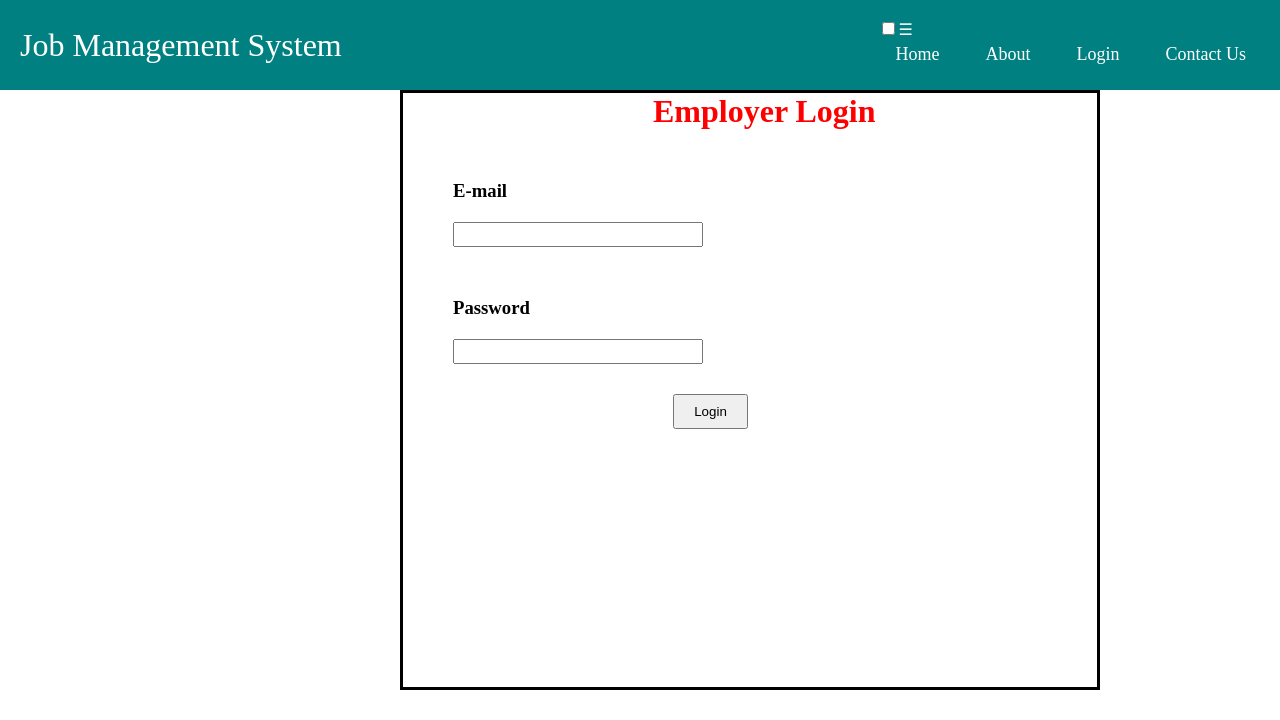
Repository: PrinceKumawat1109/JFSD
Page: http://localhost/Job-management/employerlogin.jsp
The author's editor kept a copy of each file at every save. The page is drawn from the files as they stood at one save, then again after the next save.
The browser window is 1280 px wide. The pictures show the whole page.
The page is served by Tomcat 9. Other server files are loaded and not shown.

Above is the page before, as saved 2022-10-29 21:57:44.

### Job-management/src/main/webapp/employerlogin.jsp
<%@ page language="java" contentType="text/html; charset=UTF-8"
    pageEncoding="UTF-8"%>
<!DOCTYPE html>
<html>
<head>
<meta charset="UTF-8">
<title>Employer Login</title>
<style>
h2{
text-align : center;
font-size : 35px;
}
.first
{
margin-left: 650px;
margin-top: 50px;
}
button
{
margin-left:100px;
margin-top:20px;
}
.card{
height: 600px;
width: 700px;
border-style: solid;
margin-left: 400px;
}
.i{
margin-top: 10px;
margin-left: 170px;
}
</style>
</head>
<jsp:include page="navbar2.jsp" />
<body>
<div class="card">
	<h1 style=" color: red; margin-left: 250px;">Employer Login</h1>
<h3 style="margin-left: 50px; margin-top: 50px;">E-mail</h3>
	<input style="margin-left: 50px; margin-top: 20px; height: 25px; width: 250px;" type="text" id="t1"/>
	<h3 style="margin-left: 50px; margin-top: 50px;">Password</h3>
	<input style="margin-left: 50px; margin-top: 20px; height: 25px; width: 250px;" type="password" id="t2"/>
	<div class="i">
	<button style="height: 35px; width: 75px;"  onclick="login()">Login</button>
	<label id="lbl"></label>
	</div>
</div>
<!-- <h2> Employer Login</h2>
<div class=" first">
	<p>E-mail : <input type="text" id="t1"/></p>
	<br/>
	<p>Password : <input type="password" id="t2"/></p>
	<button onclick="login()">Login</button>
	<label id="lbl"></label>
</div> -->
</body>
<script type="text/javascript">
function login()
{
	var xhtml = new XMLHttpRequest();
	var t1 = document.getElementById("t1");
	var t2 = document.getElementById("t2");
	var url = "http://localhost:8080/api/eregister/login/"+t1.value+"/"+t2.value;
	xhtml.open("POST", url, true);
	xhtml.setRequestHeader('Content-Type','application/json');


	var lbl = document.getElementById("lbl");

	xhtml.send();

	xhtml.onreadystatechange = function()
	{
		if(this.readyState == 4 && this.status == 200)
			lbl.innerText = this.responseText;
			window.location="http://localhost:8080/findajob.jsp";
	};
}
</script>
</html>

### Job-management/src/main/webapp/navbar2.jsp
<!DOCTYPE html>
<html lang="en">
 <head>
   <meta charset="UTF-8" />
   <meta http-equiv="X-UA-Compatible" content="IE=edge" />
   <meta name="viewport" content="width=device-width, initial-scale=1.0" />
   <style>

    /* UTILITIES */
* {
 margin: 0;
 padding: 0;
 box-sizing: border-box;
}
body {
 font-family: cursive;
}
a {
 text-decoration: none;
}
li {
 list-style: none;
}

/* NAVBAR STYLING STARTS */
.navbar {
 display: flex;
 align-items: center;
 justify-content: space-between;
 padding: 20px;
 background-color: teal;
 color: #fff;
}
.nav-links a {
 color: #fff;
}
/* LOGO */
.logo {
 font-size: 32px;
}
/* NAVBAR MENU */
.menu {
 display: flex;
 gap: 1em;
 font-size: 18px;
}
.menu li:hover {
 background-color: #4c9e9e;
 border-radius: 5px;
 transition: 0.3s ease;
}
.menu li {
 padding: 5px 14px;
}
/* DROPDOWN MENU */
.services {
 position: relative;
}
.dropdown {
 background-color: rgb(1, 139, 139);
 padding: 1em 0;
 position: absolute; /*WITH RESPECT TO PARENT*/
 display: none;
 border-radius: 8px;
 top: 35px;
}
.dropdown li + li {
 margin-top: 10px;
}
.dropdown li {
 padding: 0.5em 1em;
 width: 8em;
 text-align: center;
}
.dropdown li:hover {
 background-color: #4c9e9e;
}
.services:hover .dropdown {
 display: block;
}
   </style>
   <title>Document</title>
 </head>
 <body>
   <nav class="navbar">
     <!-- LOGO -->
     <div class="logo">Job Management System</div>
     <!-- NAVIGATION MENU -->
     <ul class="nav-links">
       <!-- USING CHECKBOX HACK -->
       <input type="checkbox" id="checkbox_toggle" />
       <label for="checkbox_toggle" class="hamburger">&#9776;</label>
       <!-- NAVIGATION MENUS -->
       <div class="menu">
         <li><a href="/">Home</a></li>
         <li><a href="/">About</a></li>
         <li class="services">
           <a href="/">Login</a>
           <!-- DROPDOWN MENU -->
           <ul class="dropdown">
             <li><a href="dashboard.jsp">DASHBOARD </a></li>
             <li><a href="applicants.jsp">APPLICANTS</a></li>
             <li><a href="newposition.jsp">POST A NEW JOB</a></li>
             <li><a href="https://rzp.io/i/k9xa2LhReQ">PAYMENT</a></li>
             <li><a href="index.jsp">LOGOUT</a></li>
           </ul>
         </li>
         <li><a href="/">Contact Us</a></li>
       </div>
     </ul>
   </nav>
 </body>
</html>

After the next save:
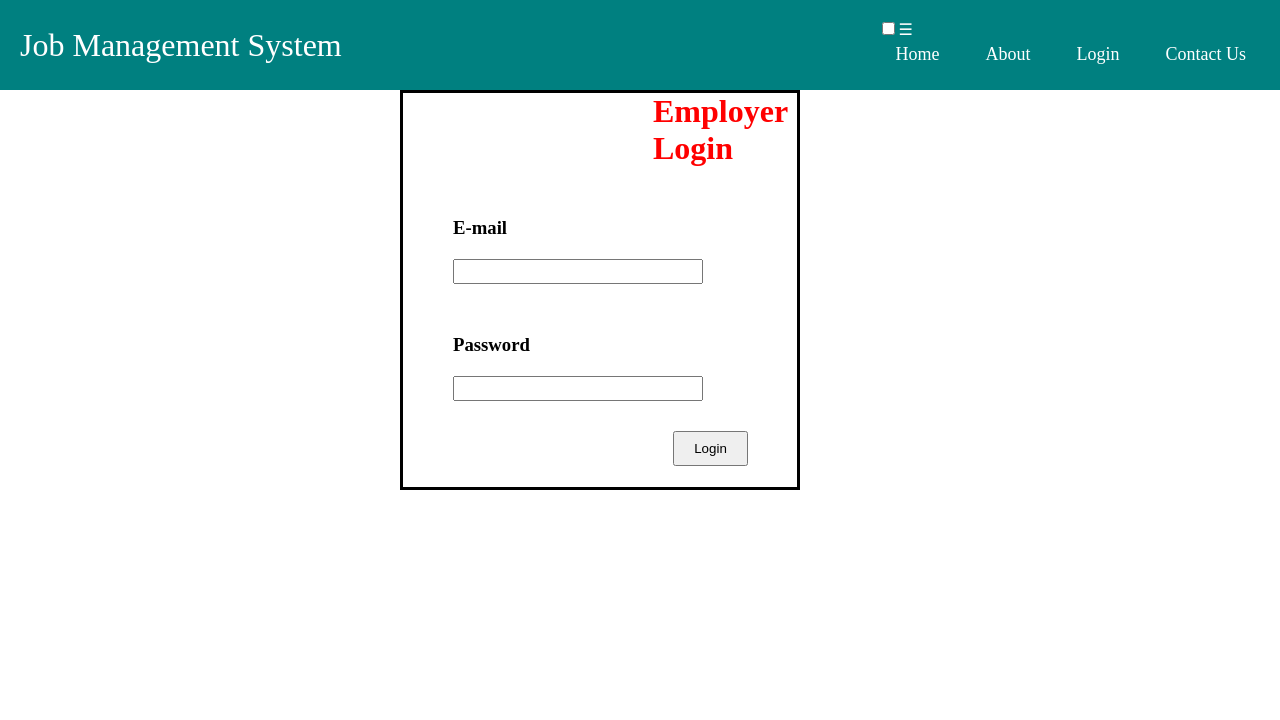
Saved 21 s later.
--- a/Job-management/src/main/webapp/employerlogin.jsp
+++ b/Job-management/src/main/webapp/employerlogin.jsp
@@ -21,8 +21,8 @@ margin-left:100px;
 margin-top:20px;
 }
 .card{
-height: 600px;
-width: 700px;
+height: 400px;
+width: 400px;
 border-style: solid;
 margin-left: 400px;
 }
